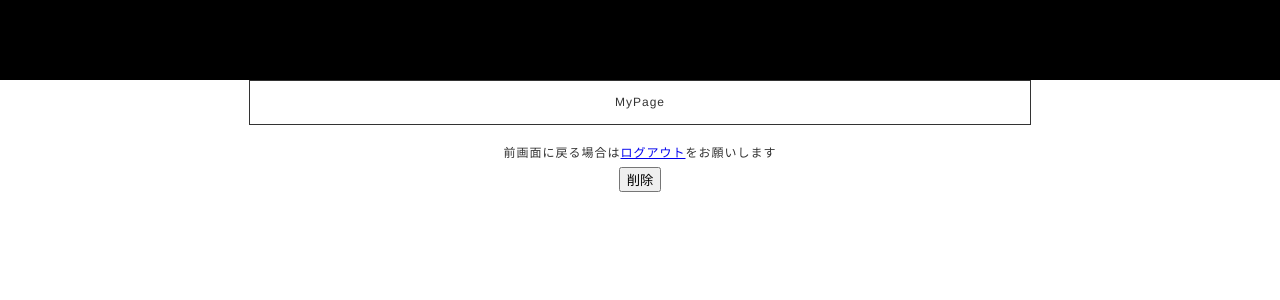
Repository: gjp373/test
Page: http://localhost/template/myPage.jsp
The author's editor kept a copy of each file at every save. The page is drawn from the files as they stood at one save, then again after the next save.
The browser window is 1280 px wide. The pictures show the whole page.
The page is served by Tomcat 9.

Above is the page before, as saved 2018-03-30 01:38:24.

After the next save:
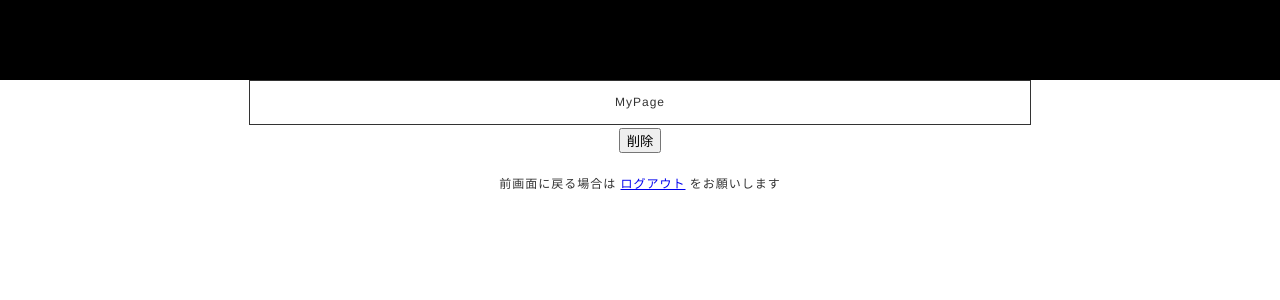
Saved 30 s later.
--- a/template/WebContent/myPage.jsp
+++ b/template/WebContent/myPage.jsp
@@ -107,7 +107,7 @@
     <s:form action="MyPageAction">
      <input type="hidden" name="deleteFlg" value="1">
      <s:submit value="削除" method="delete"/>
-
+</s:form>
 
 	   <s:if test="session.message!=null">
 	    <h3><s:property value="sesion.message"/></h3>
@@ -119,7 +119,7 @@
    <span>前画面に戻る場合は</span>
    <a href='<s:url action="HomeAction"/>'>ログアウト</a>
    <span>をお願いします</span>
-   </s:form>
+
  </div>
 </div>
 
